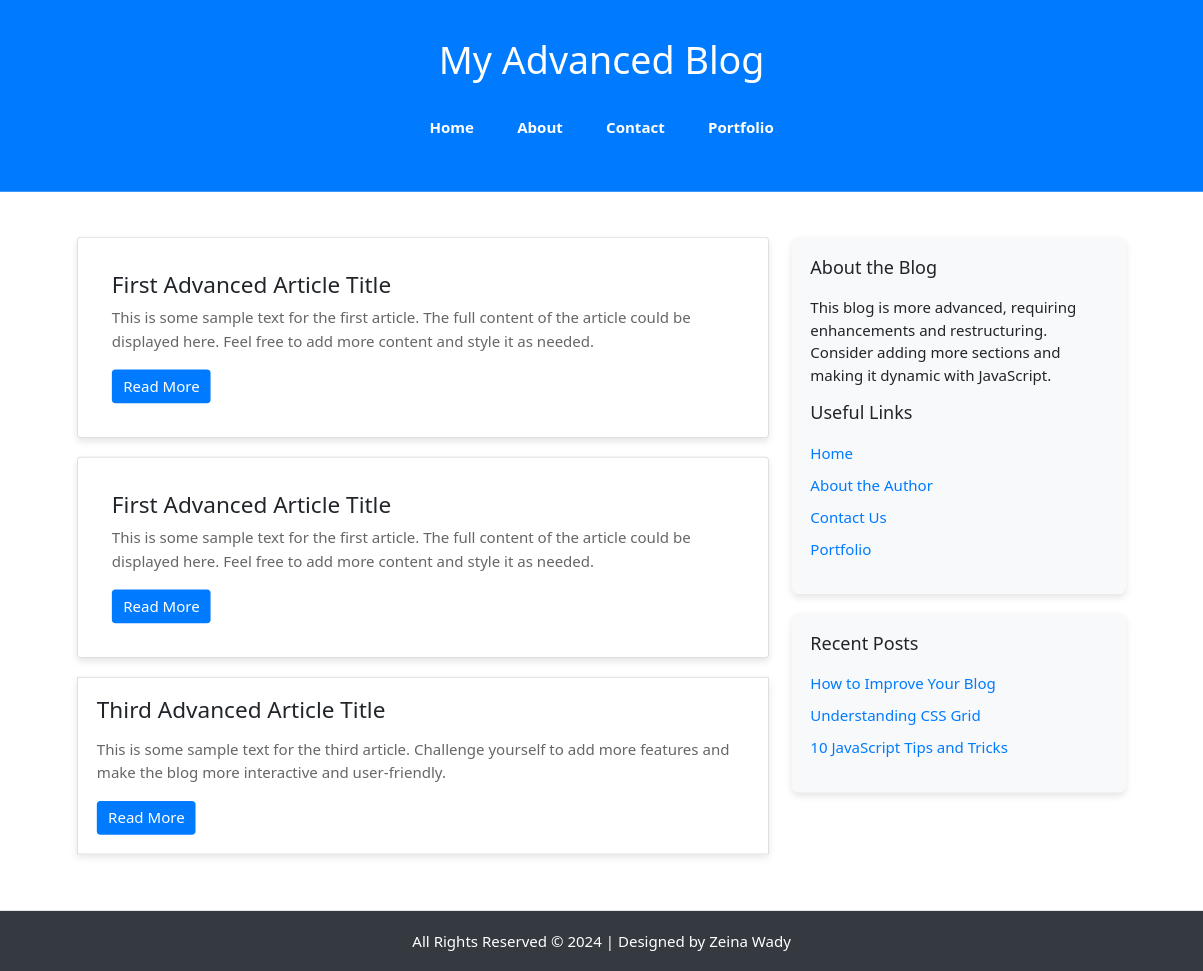
Repository: zeinawady/Blog-Code-Refactoring
Page: index.html
The author's editor kept a copy of each file at every save. The page is drawn from the files as they stood at one save, then again after the next save.
The browser window is 1280 px wide. The pictures show the whole page, at 94% of full size.

Above is the page before, as saved 2024-09-23 14:55:51.

### index.html
<!DOCTYPE html>
<html lang="en">
  <head>
    <meta charset="UTF-8" />
    <meta name="viewport" content="width=device-width, initial-scale=1.0" />
    <title>My Advanced Blog</title>
    <link rel="stylesheet" href="style.css">
    <link
      href="https://cdn.jsdelivr.net/npm/bootstrap@5.1.3/dist/css/bootstrap.min.css"
      rel="stylesheet"
    />

  </head>
  <body>
    <header>
      <h1 class="text-center text-white">My Advanced Blog</h1>
      <nav class="navbar navbar-expand-lg bg-body-tertiary">
        <div class="container">

          <button class="navbar-toggler ms-auto" type="button" data-bs-toggle="collapse" data-bs-target="#navbarNavAltMarkup" aria-controls="navbarNavAltMarkup" aria-expanded="false" aria-label="Toggle navigation">
            <span class="navbar-toggler-icon">click</span>
          </button>
          <div class="collapse navbar-collapse justify-content-center" id="navbarNavAltMarkup">
            <div class="navbar-nav">
              <a class="nav-link active text-white" aria-current="page" href="#">Home</a>
              <a class="nav-link text-white" href="#">About</a>
              <a class="nav-link text-white" href="#">Contact</a>
              <a class="nav-link text-white" href="#">Portfolio</a>
            </div>
          </div>
        </div>
      </nav>

    </header>

    <div class="container mt-5">
      <div class="row">
        <div class="col-lg-8">

          <article class="card">
            <div class="card-body">
            <h2 class="card-title">First Advanced Article Title</h2>
            <p class="card-text">
              This is some sample text for the first article. The full content
              of the article could be displayed here. Feel free to add more
              content and style it as needed.
            </p>
            <button class="btn btn-primary">Read More</button>
         </div>
        </article>

        <article class="card">
          <div class="card-body">
          <h2 class="card-title">First Advanced Article Title</h2>
          <p class="card-text">
            This is some sample text for the first article. The full content
            of the article could be displayed here. Feel free to add more
            content and style it as needed.
          </p>
          <button class="btn btn-primary">Read More</button>
       </div>
      </article>

          <article>
            <h2>Third Advanced Article Title</h2>
            <p>
              This is some sample text for the third article. Challenge yourself
              to add more features and make the blog more interactive and
              user-friendly.
            </p>
            <button class="btn btn-primary">Read More</button>
          </article>
        </div>
        <div class="col-md-4">
          <aside>
            <h3>About the Blog</h3>
            <p>
              This blog is more advanced, requiring enhancements and
              restructuring. Consider adding more sections and making it dynamic
              with JavaScript.
            </p>
            <h3>Useful Links</h3>
            <ul>
              <li><a href="#">Home</a></li>
              <li><a href="#">About the Author</a></li>
              <li><a href="#">Contact Us</a></li>
              <li><a href="#">Portfolio</a></li>
            </ul>
          </aside>
          <aside>
            <h3>Recent Posts</h3>
            <ul>
              <li><a href="#">How to Improve Your Blog</a></li>
              <li><a href="#">Understanding CSS Grid</a></li>
              <li><a href="#">10 JavaScript Tips and Tricks</a></li>
            </ul>
          </aside>
        </div>
      </div>
    </div>

    <footer>
      <p>All Rights Reserved © 2024 | Designed by Zeina Wady</p>
    </footer>

    <script src="https://cdn.jsdelivr.net/npm/bootstrap@5.1.3/dist/js/bootstrap.bundle.min.js"></script>
  </body>
</html>

### style.css
body {
    font-family: Arial, sans-serif;
    background-color: #f4f4f9;
  }
  :root{
    --main-color:#007bff;
  }
  header {
    background-color: var(--main-color);
    /* color: white; */
    padding: 40px 0;
    /* text-align: center; */
    position: relative;
  }
  header::after {
    content: "";
    position: absolute;
    bottom: -20px;
    left: 50%;
    transform: translateX(-50%);
    width: 100px;
    height: 5px;
    background-color: white;
  }
  .navbar {
    display: flex;
    justify-content: center;
    margin-top: 20px;
  }
  nav a {
    color: white;
    margin: 0 15px;
    text-decoration: none;
    font-weight: bold;
  }
  nav a:hover {
    text-decoration: underline;
  }
  article {
    border: 1px solid #ddd;
    margin-bottom: 20px;
    padding: 20px;
    background-color: white;
    box-shadow: 0 4px 8px rgba(0, 0, 0, 0.1);
    transition: transform 0.3s ease, box-shadow 0.3s ease;
  }
 artcile:hover {
    transform: translateY(-5px);
    box-shadow: 0 8px 16px rgba(0, 0, 0, 0.2);
  }
  article h2 {
    font-size: 1.5rem;
    margin-bottom: 15px;
  }
  article p {
    color: #666;
    line-height: 1.6;
  }
  article .btn-primary {
    background-color:var(--main-color);
    border: none;
  }
  article .btn-primary:hover {
    background-color: #0056b3;
  }
  aside {
    background-color: #f8f9fa;
    padding: 20px;
    border-radius: 8px;
    box-shadow: 0 4px 8px rgba(0, 0, 0, 0.1);
    margin-bottom: 20px;
  }
  aside h3 {
    margin-bottom: 20px;
    font-size: 1.2rem;
  }
  aside ul {
    list-style-type: none;
    padding-left: 0;
  }
  aside ul li {
    margin-bottom: 10px;
  }
  aside ul li a {
    color: var(--main-color);
    text-decoration: none;
  }
  aside ul li a:hover {
    text-decoration: underline;
  }
  footer {
    background-color: #343a40;
    color: white;
    text-align: center;
    padding: 20px;
    margin-top: 40px;
  }
  footer p {
    margin: 0;
  }

After the next save:
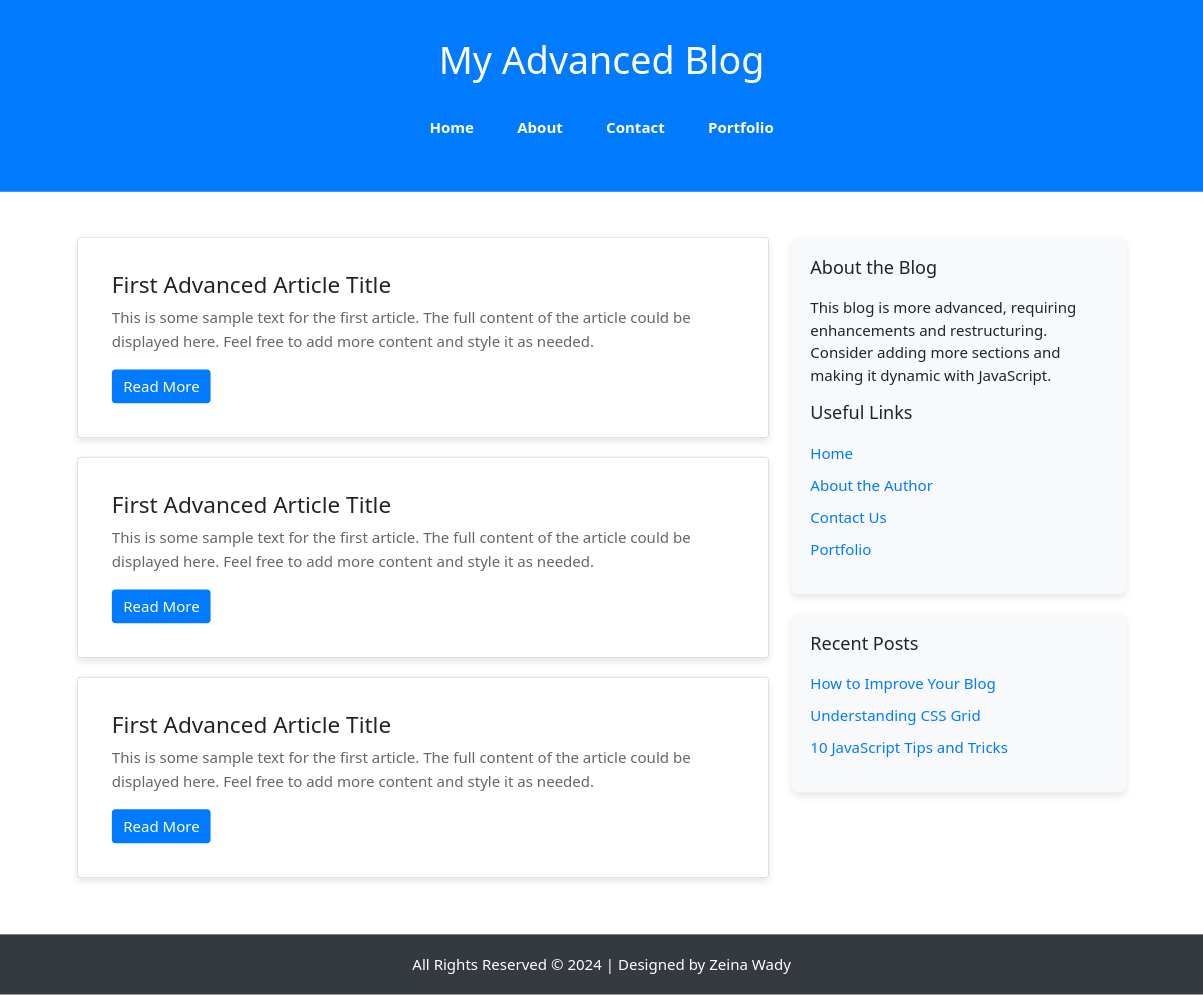
Saved 7 s later.
--- a/index.html
+++ b/index.html
@@ -61,15 +61,17 @@
        </div>
       </article>
 
-          <article>
-            <h2>Third Advanced Article Title</h2>
-            <p>
-              This is some sample text for the third article. Challenge yourself
-              to add more features and make the blog more interactive and
-              user-friendly.
-            </p>
-            <button class="btn btn-primary">Read More</button>
-          </article>
+      <article class="card">
+        <div class="card-body">
+        <h2 class="card-title">First Advanced Article Title</h2>
+        <p class="card-text">
+          This is some sample text for the first article. The full content
+          of the article could be displayed here. Feel free to add more
+          content and style it as needed.
+        </p>
+        <button class="btn btn-primary">Read More</button>
+     </div>
+    </article>
         </div>
         <div class="col-md-4">
           <aside>
